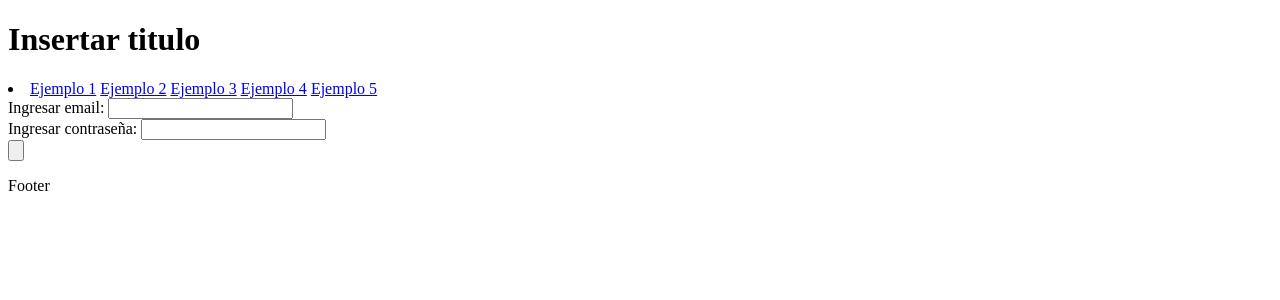
Repository: FacundoKinderknecht/Parcial-2-LPPA
Page: login/login.html
An editor plug-in stored every save of this project. The page is shown before and after the next save, followed by the edit.
The browser window is 1280 px wide. The pictures show the whole page.

Above is the page before, as saved 2022-07-06 10:12:35.

### login/login.html
<!DOCTYPE html>
<html lang="en">
<head>
    <meta charset="UTF-8">
    <meta http-equiv="X-UA-Compatible" content="IE=edge">
    <meta name="viewport" content="width=device-width, initial-scale=1.0">
    <title>Document</title>
    <link rel="stylesheet" href="/login/login.css">
    <script src="/login/login.js"></script>
</head>
<body>
    <header>
        <h1>Insertar titulo</h1>
    </header>
    <nav>
        <li>
            <a href="#">Ejemplo 1</a>
            <a href="#">Ejemplo 2</a>
            <a href="#">Ejemplo 3</a>
            <a href="#">Ejemplo 4</a>
            <a href="#">Ejemplo 5</a>
        </li>
    </nav>
    <main>
        <form>
            <div class="email">
                <label for="email">Ingresar email:</label>
                <input type="text" name="email" id="email">
            </div>
            <div class="contraseña">
                <label for="contraseña">Ingresar contraseña:</label>
                <input type="password" name="contraseña" id="contraseña">
            </div>
            <div class="boton">
                <input type="button" name="boton" id="boton">
            </div>
        </form>
    </main>
    <footer>
        <p>Footer</p>
    </footer>
</body>
</html>

Loaded but not shown: login/login.css (no copy from this time; the picture is the same without it); login/login.js (no stored copy; drawn as an empty file)

After the next save:
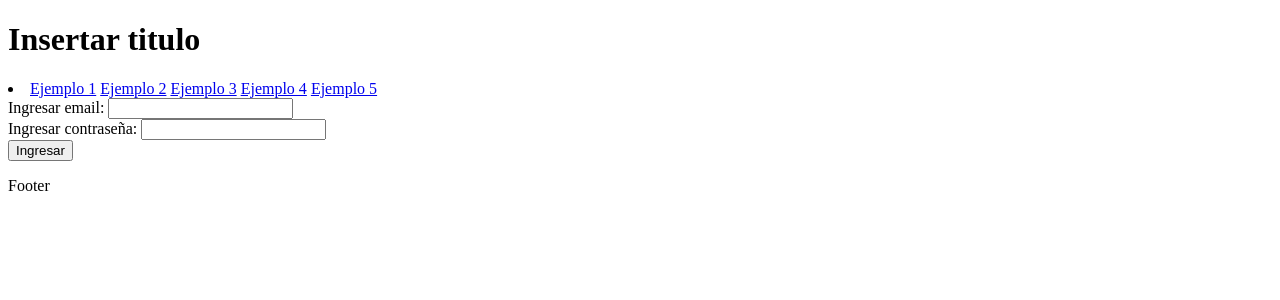
Saved 49 s later.
--- a/login/login.html
+++ b/login/login.html
@@ -32,7 +32,7 @@
                 <input type="password" name="contraseña" id="contraseña">
             </div>
             <div class="boton">
-                <input type="button" name="boton" id="boton">
+                <input type="submit" value="Ingresar">
             </div>
         </form>
     </main>
